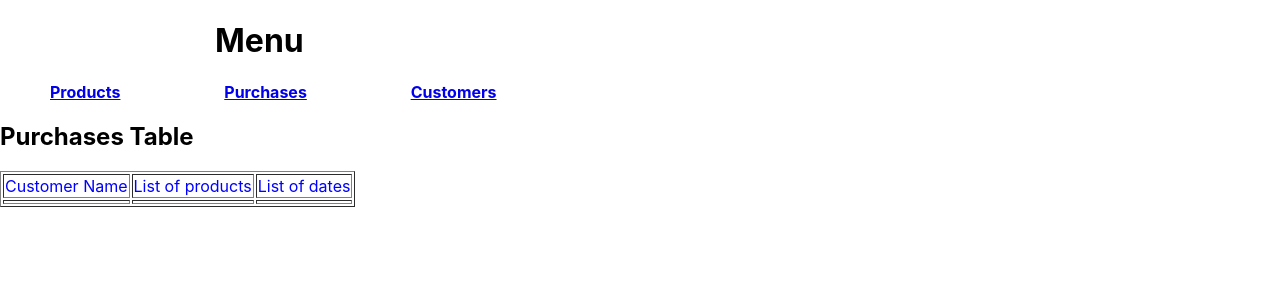
Repository: AlexandraFyodorov/ReactFinalProject
Page: /purchasesTable
An editor plug-in stored every save of this project. The page is shown before and after the next save, followed by the edit.
The browser window is 1280 px wide. The pictures show the whole page.
The page's requests for data from a server got no answer. The project was rebuilt for these pictures with package versions that can differ from the ones it lists, and the page was loaded fresh each time. No one was signed in, and anything a server would have sent is missing. Also part of the build but not shown: src/Customers.js, src/Product.js, src/Products.js, src/Purchases.js, src/BuyProduct.js, src/EditCustomer.js, src/EditProduct.js.

Above is the page before, as saved 2023-01-18 12:42:25.

After the next save:
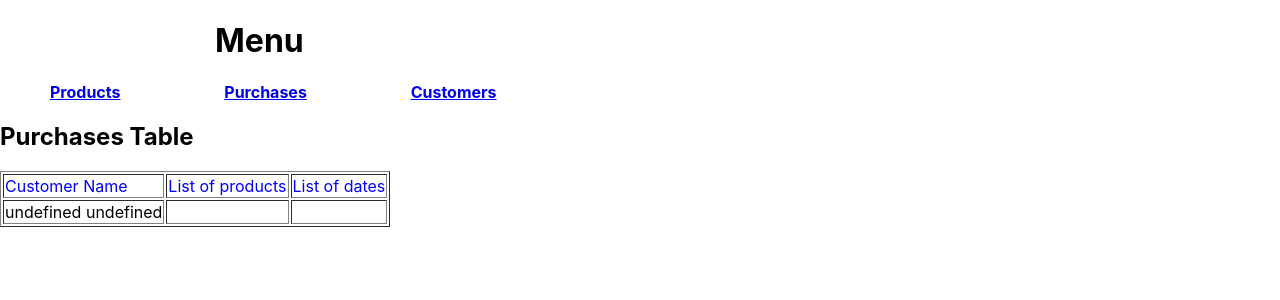
Saved 7 s later.
--- a/src/PurchasesTable.js
+++ b/src/PurchasesTable.js
@@ -12,7 +12,7 @@ function PurchasesTable() {
   const customer = sessionStorage['customerId']; //ID
   const date = sessionStorage['date']; //Date
 
-  let customerToShow = [{firstName:'', lastName:'', City:''}]
+  let customerToShow = [{}]
   let productsToShow = purchases;
   let dateToShow = purchases
 
